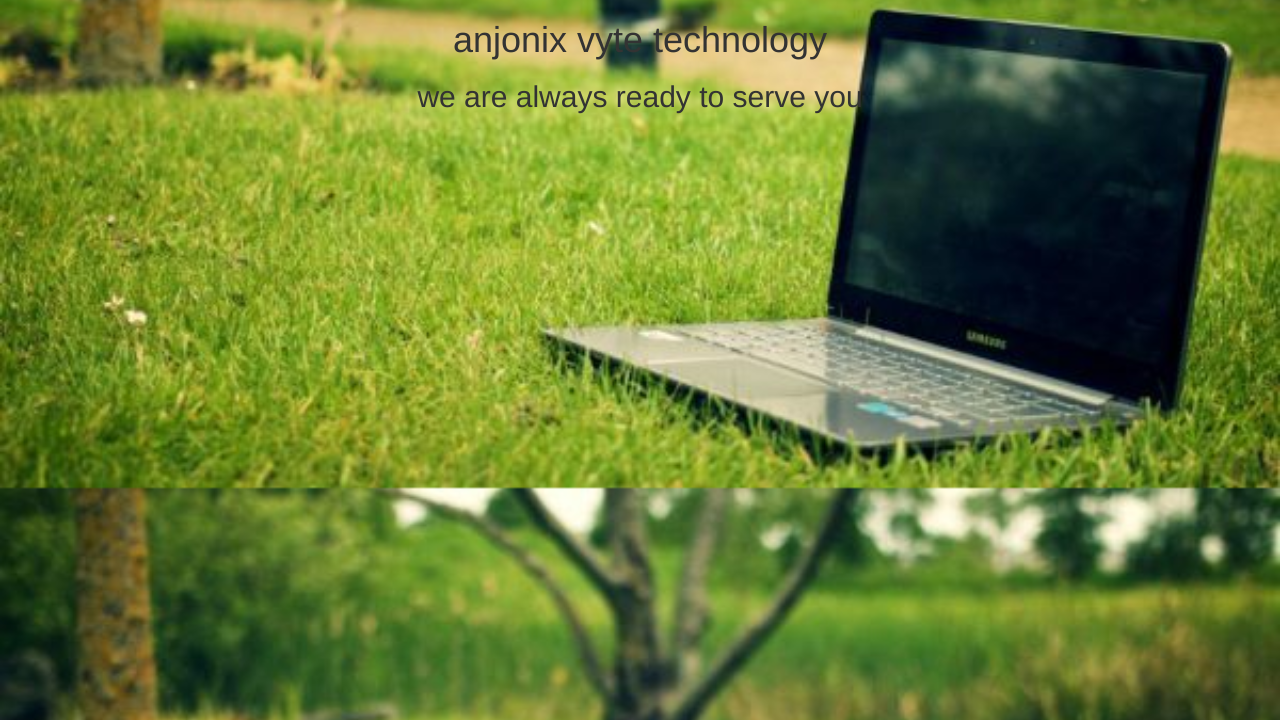
Repository: anjonix/Responsive-Website
Page: contact-form.html
The author's editor kept a copy of each file at every save. The page is drawn from the files as they stood at one save, then again after the next save.
The browser window is 1280 px wide. The pictures show the whole page.

Above is the page before, as saved 2019-07-09 13:53:18.

After the next save:
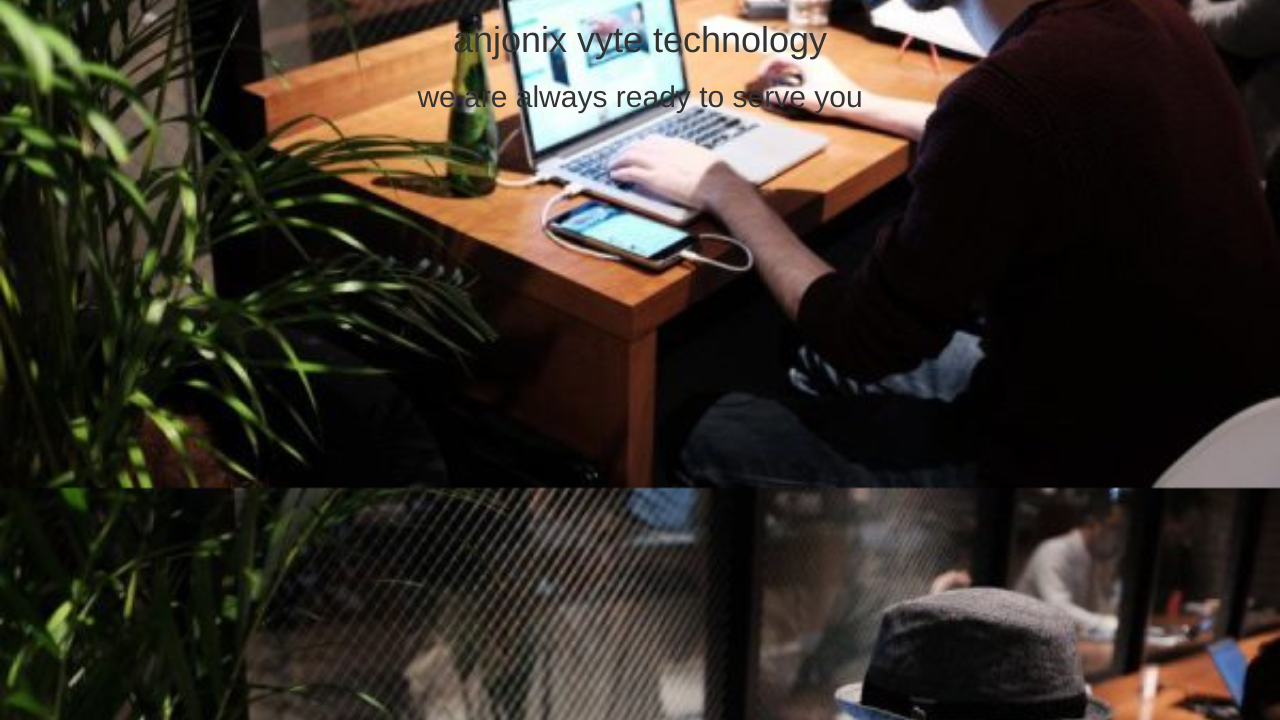
Saved 55 s later.
--- a/CSS/Contactform style.css
+++ b/CSS/Contactform style.css
@@ -3,7 +3,7 @@
     margin-top: 100px;
     padding:0;
     text-align: center;
-    background: url(..//Images/image6.jpg);
+    background: url(..//Images/image7.jpg);
     background-size: cover;
     background-position: center;
     font-family: sans-serif
